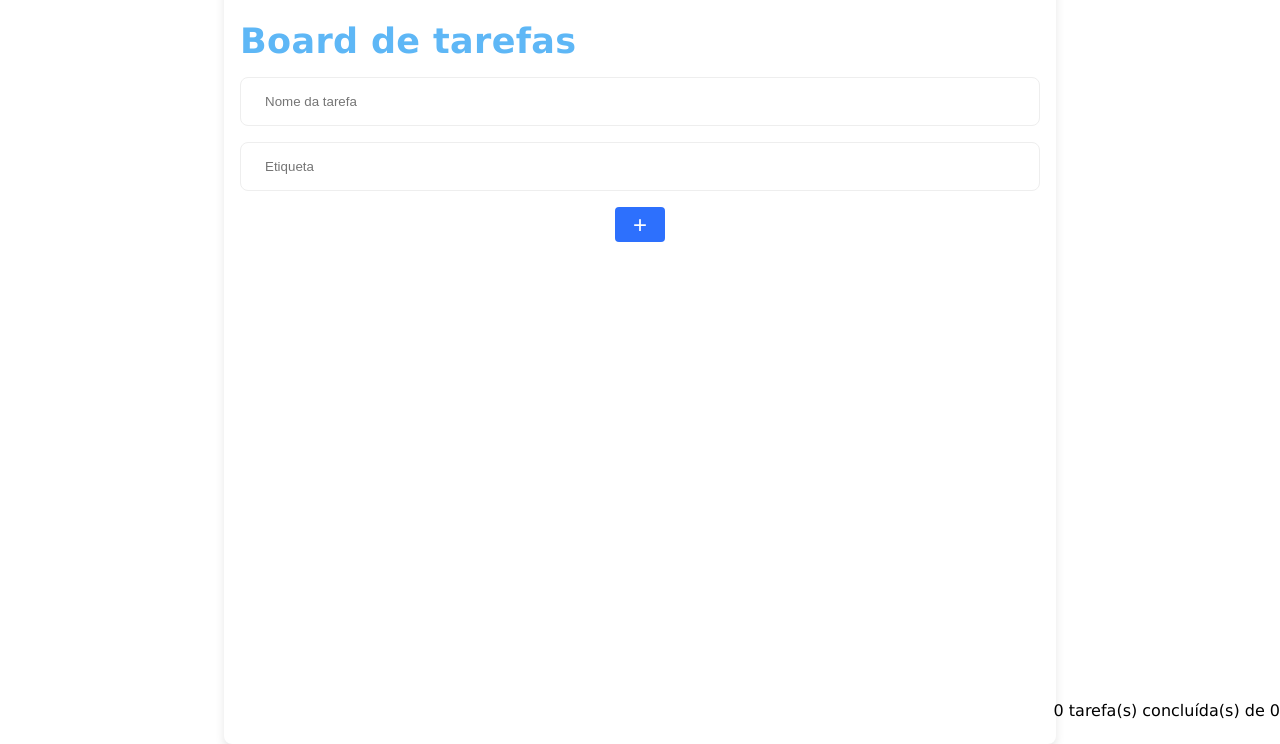
Repository: elasoares/RID187500_Desafio3
Page: index.html
The author's editor kept a copy of each file at every save. The page is drawn from the files as they stood at one save, then again after the next save.
The browser window is 1280 px wide. The pictures show the whole page.

Above is the page before, as saved 2024-12-03 19:23:47.

### index.html
<!DOCTYPE html>
<html lang="pt">
<head>
    <meta charset="UTF-8">
    <meta name="viewport" content="width=device-width, initial-scale=1.0">
    <title>To-Do</title>
    <link rel="stylesheet" href="style.css">
<body>
    <main>
        <header>
            <h1>Board de tarefas</h1>
        </header>
        <section id="create-todo-section">
            <form id="create-todo-form">
                <input
                type="text"
                id="descricao"
                name="descricao"
                placeholder="Nome da tarefa"
                aria-label="Nome da tarefa"
                class="input-nome-tarefa"
            />
            <input
                type="text"
                id="etiqueta"
                name="etiqueta"
                placeholder="Etiqueta"
                aria-label="Etiqueta"
                class="input-etiqueta"
            />
            <div class="container-btn">
                <button type="submit" aria-label="Cadastrar tarefa" class="add-tarefa-btn">+</button>
            </div>
            </form>
        </section>
        <section class="todo-list-section">
            <ul id="todo-list">
            </ul>
        </section>
        <footer id="todo-footer">

        </footer>
    </main>
    <script src="js.js"></script>
</body>
</html>

### style.css
html {
    width: 100%;
    height: auto;

    box-sizing: border-box;
    font-size: 10px;
    font-family: 'Lucida Sans Regular', 'Lucida Grande', 'Lucida Sans Unicode';
}

body {
    width: 100%;
    height: 100vh;
    margin: 0;
    padding: 0;
    display: flex;
    justify-content: center;
    align-items: center;
}

header{
    width: 100%;
}

    h1 {
    font-family: 'Lucida Sans Regular', 'Lucida Grande', 'Lucida Sans Unicode';
    font-size: 32px;
    font-weight: 600;
    line-height: 37.92px;
    letter-spacing: 0.01em;
    text-align: left;
    text-underline-position: from-font;
    text-decoration-skip-ink: none;
    color: #000;
}

main {
    width: 100%;
    height: 100%;
    max-width: 42rem;
    background-color: #fff;
    border-radius: 0.8rem;
    padding: 3rem 2.4rem;
    box-shadow: 0 0.5rem 1rem rgba(0, 0, 0, 0.1);
    display: flex;
    justify-content: flex-start;
    align-items: center;
    flex-direction: column;

}


.todo-list-section {
    display: flex;
    flex-direction: column;
    align-items: center;
    justify-content: center;
    width: 100%;
    height: auto;
    gap: 8px;
}

.todo-list-section ul {
    padding-inline-start: 0;
    height: 20rem;
    overflow: auto;
    width: 100%;
    display: flex;
    flex-direction: column;
    align-items: center;
    justify-content: center;
    height: auto;
    gap: 8px;
}

.todo-list-section ul li {
    width: 80%;
    height: 120px;
    padding: 24px 32px 24px 32px;
    margin-top: 5px;
    border-radius: 16px;
    border: 1px solid #EEEEEE;
    list-style: none;
    display: flex;
    flex-direction: column;
    align-items: flex-start;
    justify-content: center;
    gap: 16px;
}

.todo-list-section ul li:last-child {
    margin-bottom: 0;
}



.complete-task-btn {
    background: #2D70FD;
    width: 121px;
    height:44px;
    padding: 12px 24px 12px 24px;
    gap: 8px;
    border-radius: 4px;
    border: 1px solid #2D70FD;
    color: #fff;
    font-family: 'Lucida Sans Regular', 'Lucida Grande', 'Lucida Sans Unicode';
    font-size: 18px;
    font-weight: 500;
    text-align: center;
    align-self: center;
}




#create-todo-section {
    width: 100%;
    height: 150px;
    display: flex;
    flex-direction: column;
    align-items: flex-start;
    justify-content: center;
}

#create-todo-form {
    font-size: 1.6rem;
    display: flex;
    flex-direction: column;
    width: 100%;
    gap: 16px;
}
input{
    width: Fill (311px)px;
    height: Fixed (50px)px;
    padding: 16px 24px 16px 24px;
    gap: 10px;
    border-radius: 8px;
    border: 1px solid #EEEEEE

}

input:focus {
    border: 1px solid #5eb7f6;
}



.container-btn{
    display: flex;
    align-items: center;
    justify-content: center;
    width: 100%;
}

.add-tarefa-btn {
    width: 100%;
    height: 4rem;
    color: #fff;
    background-color: #2D70FD;
    border-radius: 4px;
    font-size: 2.4rem;
    cursor: pointer;
    border: none;
}

.add-tarefa-btn:hover {
    opacity: 0.8;
}


.task-details{
    display: flex;
    align-items: flex-start;
    justify-content: center;
    flex-direction: column;
    gap: 5px;
}

.task-text{
    font-family: 'Lucida Sans Regular', 'Lucida Grande', 'Lucida Sans Unicode';
    font-size: 16px;
    font-weight: 500;
    line-height: 17.6px;
    letter-spacing: 0.01em;
    text-underline-position: from-font;
    text-decoration-skip-ink: none;

}

.todo-item.completed .task-text {
    text-decoration: line-through;
    color: #bbbbbb;
    font-family: 'Lucida Sans Regular', 'Lucida Grande', 'Lucida Sans Unicode';
    font-size: 16px;
    font-weight: 500;
    line-height: 17.6px;
    letter-spacing: 0.01em;
    text-decoration-line: line-through;
    text-underline-position: from-font;
    text-decoration-skip-ink: none;

}

.todo-item.completed .task-completed-icon {
    font-size: 1.6rem;
    color: #fff;
    align-self: center;
    width: 32px;
    height: 32px;
    border-radius: 32px;
    background: #00D8A7;
    display: flex;
    align-items: center;
    justify-content: center;
}

.task-label {
    width: 67px;
    height: 21px;
    border-radius: 16px;
    border: 1px 0px 0px 0px;
    background: #FFFFFF;
    border: 1px solid #b2bec3;
    display: flex;
    align-items: center;
    justify-content: center;
    color: #b2bec3;
}

.task-date {
    font-size: 1rem;
    color: #b2bec3;
    margin-top: 0.4rem;
}


footer {
    width: 100%;
    display: flex;
    flex-direction: row-reverse;
    justify-content: space-between;
    font-size: 1.6rem;
    align-items: center;
    position: fixed;
    bottom: 0;
}

@media (min-width: 768px) {
    main {
        max-width: 50rem;
        padding: 2.4rem 1.6rem;
    }

    h1 {
        color: #da5c3e;
    }

    .todo-list-section ul li {
        font-size: 1.5rem;
    }

    .add-tarefa-btn {
        width: 5rem;
        height: 3.5rem;
    }

    #nome-tarefa {
        font-size: 1.5rem;
    }
    .remove-done-task-btn {
        font-size: 1.5rem;
        padding: 0 1rem;
    }
}

@media (min-width: 980px) {
    main {
        max-width: 80rem;
        padding: 2.4rem 1.6rem;
    }
    h1 {
        font-size: 3.5rem;
        color: #5eb7f6;
    }

    .remove-done-task-btn {
        font-size: 1.8rem;
        padding: 0 1rem;
    }
}

### js.js
const createTaskListItem = (tarefa) => {
    const lista = document.getElementById("todo-list");

    const toDo = document.createElement('li');
    toDo.className = `todo-item ${tarefa.checado ? 'completed' : ''}`;
    toDo.id = tarefa.id;

    // Criar o conteúdo da tarefa
    const taskDetails = document.createElement('span');
    taskDetails.className = 'task-details';
    taskDetails.innerHTML = `
        <span class="task-text ${tarefa.checado ? 'completed-text' : ''}">${tarefa.descricao}</span>
        <span class="task-label">${tarefa.etiqueta}</span>
        <span class="task-date">Criado em: ${tarefa.data}</span>

    `;


    if (!tarefa.checado) {
        const completeButton = document.createElement('button');
        completeButton.textContent = 'Concluir';
        completeButton.className = 'complete-task-btn';
        completeButton.onclick = () => markTaskAsCompleted(tarefa.id);

        toDo.appendChild(taskDetails);
        toDo.appendChild(completeButton);
    } else {
        const completedIcon = document.createElement('span');
        completedIcon.textContent = '✔';
        completedIcon.className = 'task-completed-icon';

        toDo.appendChild(taskDetails);
        toDo.appendChild(completedIcon);
    }

    lista.appendChild(toDo);
};

const markTaskAsCompleted = (taskId) => {
    const tarefas = getTasksFromLocalStorage();
    const updatedTasks = tarefas.map((task) => {
        if (task.id === taskId) {
            task.checado = true;
        }
        return task;
    });

    setTaskInLocalStorage(updatedTasks);


    const taskElement = document.getElementById(taskId);
    if (taskElement) {
        taskElement.remove();
    }
    const tarefa = updatedTasks.find((task) => task.id === taskId);
    createTaskListItem(tarefa);

    renderTaskProgressData(updatedTasks);
};

const getTasksFromLocalStorage = () => {
    const localTasks = JSON.parse(window.localStorage.getItem('tasks'));
    return localTasks ? localTasks : [];
};

const setTaskInLocalStorage = (tarefas) => {
    window.localStorage.setItem('tasks', JSON.stringify(tarefas));
};

const renderTaskProgressData = (tasks) => {
    const tasksProgress = document.getElementById('tasks-progress') || document.createElement('span');
    tasksProgress.id = 'tasks-progress';

    const doneTasks = tasks.filter(({ checado }) => checado).length;
    const totalTasks = tasks.length;

    tasksProgress.textContent = `${doneTasks} tarefa(s) concluída(s) de ${totalTasks}`;
    document.getElementById('todo-footer').appendChild(tasksProgress);
};

const createTask = (event) => {
    event.preventDefault();

    const descricao = event.target.elements.descricao.value;
    const etiqueta = event.target.elements.etiqueta.value;
    const id = new Date().getTime();
    const data = new Date().toLocaleDateString();
    const checado = false;

    const newTask = { id, descricao, etiqueta, data, checado };

    const tarefas = getTasksFromLocalStorage();
    const updatedTasks = [...tarefas, newTask];
    setTaskInLocalStorage(updatedTasks);

    createTaskListItem(newTask);
    event.target.reset(); // Limpar o formulário
    renderTaskProgressData(updatedTasks);
};

window.onload = () => {
    const form = document.getElementById('create-todo-form');
    form.addEventListener('submit', createTask);

    const tarefas = getTasksFromLocalStorage();
    tarefas.forEach((tarefa) => createTaskListItem(tarefa));
    renderTaskProgressData(tarefas);
};

After the next save:
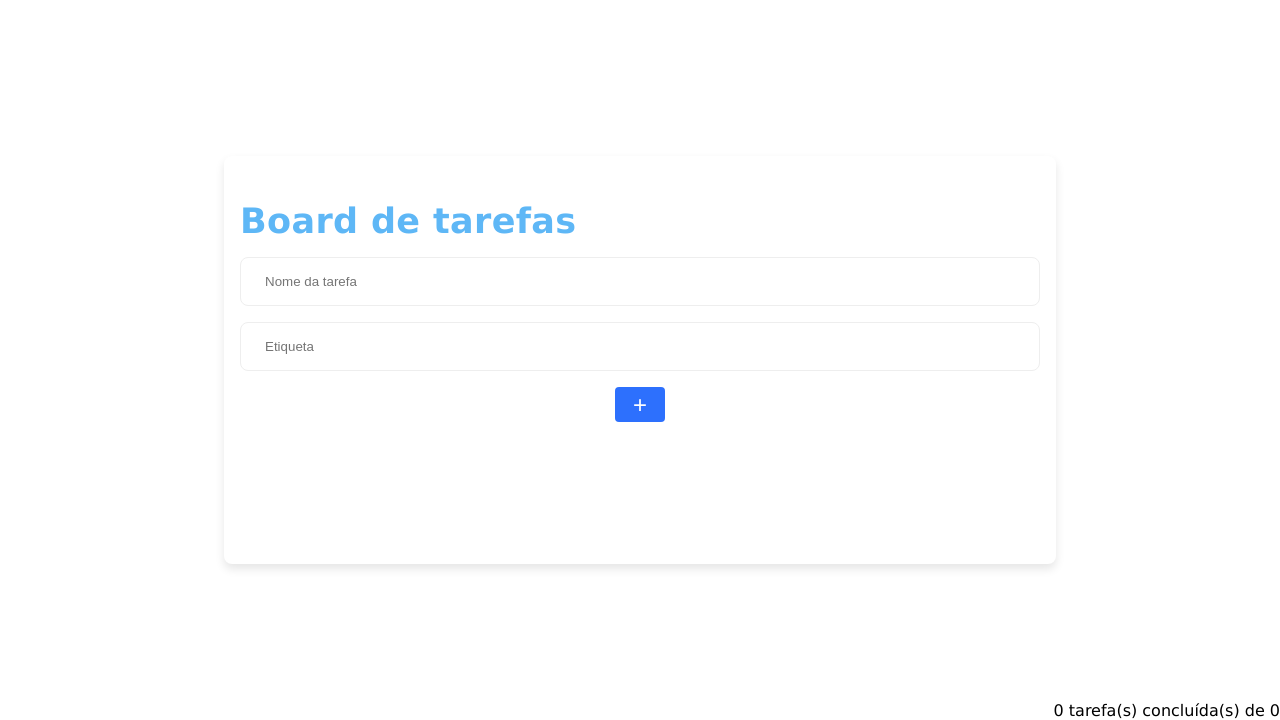
Saved 18 s later.
--- a/style.css
+++ b/style.css
@@ -35,7 +35,7 @@ header{
 
 main {
     width: 100%;
-    height: 100%;
+    height: 50%;
     max-width: 42rem;
     background-color: #fff;
     border-radius: 0.8rem;
